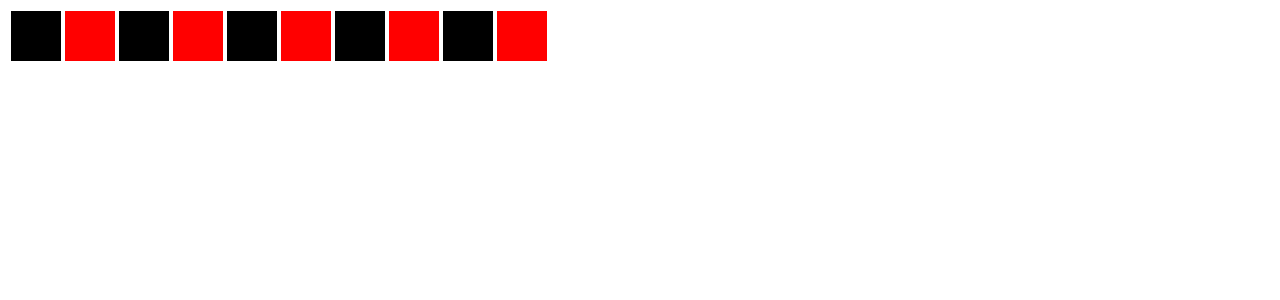
Repository: andrewjknell/JavaSpring
Page: http://localhost/CheckerBoard/NewFile.jsp
The author's editor kept a copy of each file at every save. The page is drawn from the files as they stood at one save, then again after the next save.
The browser window is 1280 px wide. The pictures show the whole page.
The page is served by Tomcat 9.

Above is the page before, as saved 2019-11-01 23:16:16.

### CheckerBoard/WebContent/NewFile.jsp
<%@ page language="java" contentType="text/html; charset=ISO-8859-1"
    pageEncoding="ISO-8859-1"%>
<!DOCTYPE html>
<html>
<head>
<meta charset="ISO-8859-1">
<link href="style.css" rel="stylesheet"/>
<title>Insert title here</title>
</head>
<body>

	 	<table>
	 		<tr>
	<% for(int black = 0; black < 5; black++){ %>
	 			<td><div class="black"></div></td>
	 			<td><div class="red"></div></td>
	<%} %>
	 		</tr>
	 	</table>

</body>
</html>

### CheckerBoard/WebContent/style.css
@charset "ISO-8859-1";
.black{
	height: 50px;
	width: 50px;
	background-color: black;
}
.red{
	height: 50px;
	width: 50px;
	background-color: red;
}

After the next save:
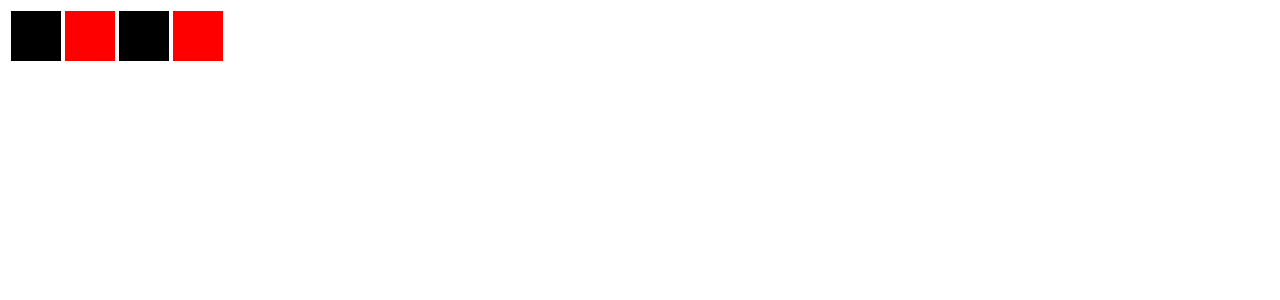
Saved 16 s later.
--- a/CheckerBoard/WebContent/NewFile.jsp
+++ b/CheckerBoard/WebContent/NewFile.jsp
@@ -11,7 +11,7 @@
 
 	 	<table>
 	 		<tr>
-	<% for(int black = 0; black < 5; black++){ %>
+	<% for(int black = 0; black < 5/2; black++){ %>
 	 			<td><div class="black"></div></td>
 	 			<td><div class="red"></div></td>
 	<%} %>
